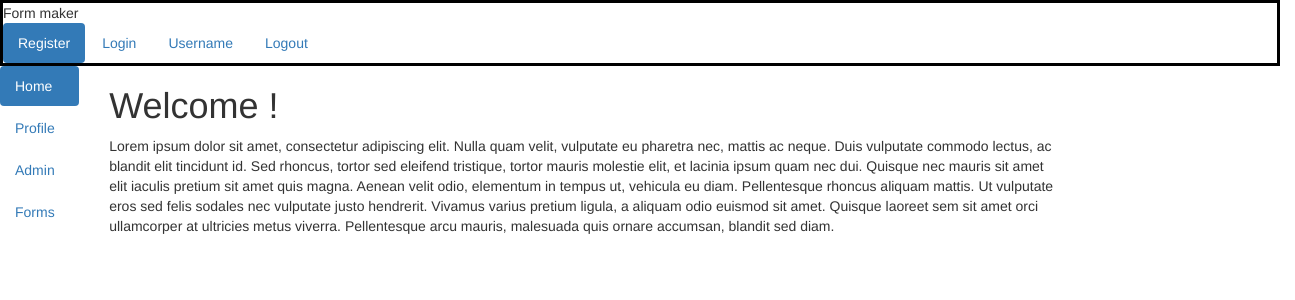
Repository: dishant8/Web-development
Page: public/WebDevWorkspace/experiment/WebContent/CSS/Bootstrap/Hometesthtml.html
An editor plug-in stored every save of this project. The page is shown before and after the next save, followed by the edit.
The browser window is 1280 px wide. The page is 1295 px wide, so the pictures cover 1295 px, including what lies to the right of the window. The pictures show the whole page.

Above is the page before, as saved 2015-09-30 21:46:44.

After the next save:
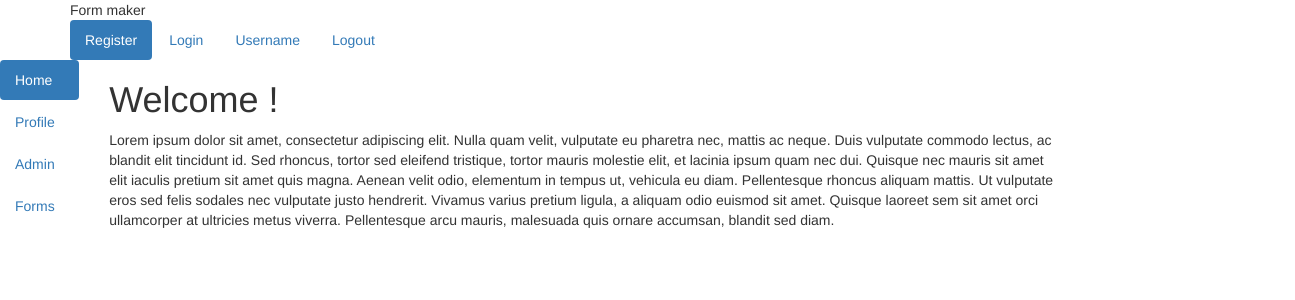
Saved 10 s later.
--- a/public/WebDevWorkspace/experiment/WebContent/CSS/Bootstrap/Hometesthtml.html
+++ b/public/WebDevWorkspace/experiment/WebContent/CSS/Bootstrap/Hometesthtml.html
@@ -12,7 +12,7 @@
 
 </head>
 <body>
-	<div class="contain">
+	<div class="container">
 		Form maker
 
 		<ul class="nav nav-pills">

After the save that followed:
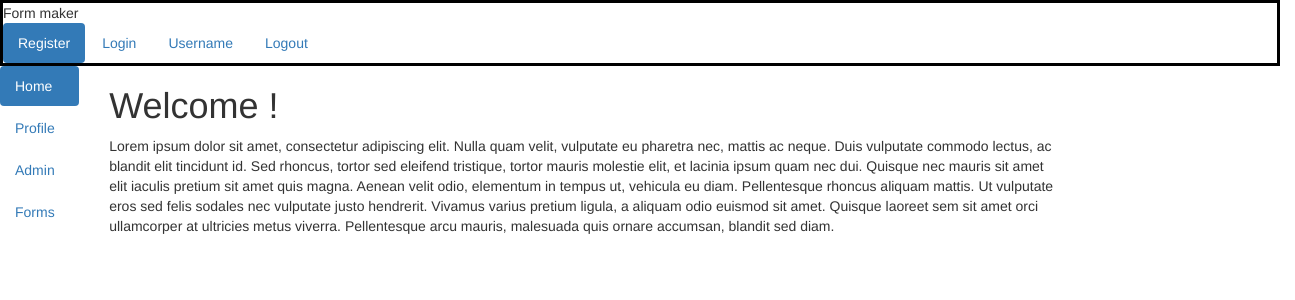
Saved 5 s later.
--- a/public/WebDevWorkspace/experiment/WebContent/CSS/Bootstrap/Hometesthtml.html
+++ b/public/WebDevWorkspace/experiment/WebContent/CSS/Bootstrap/Hometesthtml.html
@@ -12,7 +12,7 @@
 
 </head>
 <body>
-	<div class="container">
+	<div class="contain">
 		Form maker
 
 		<ul class="nav nav-pills">
